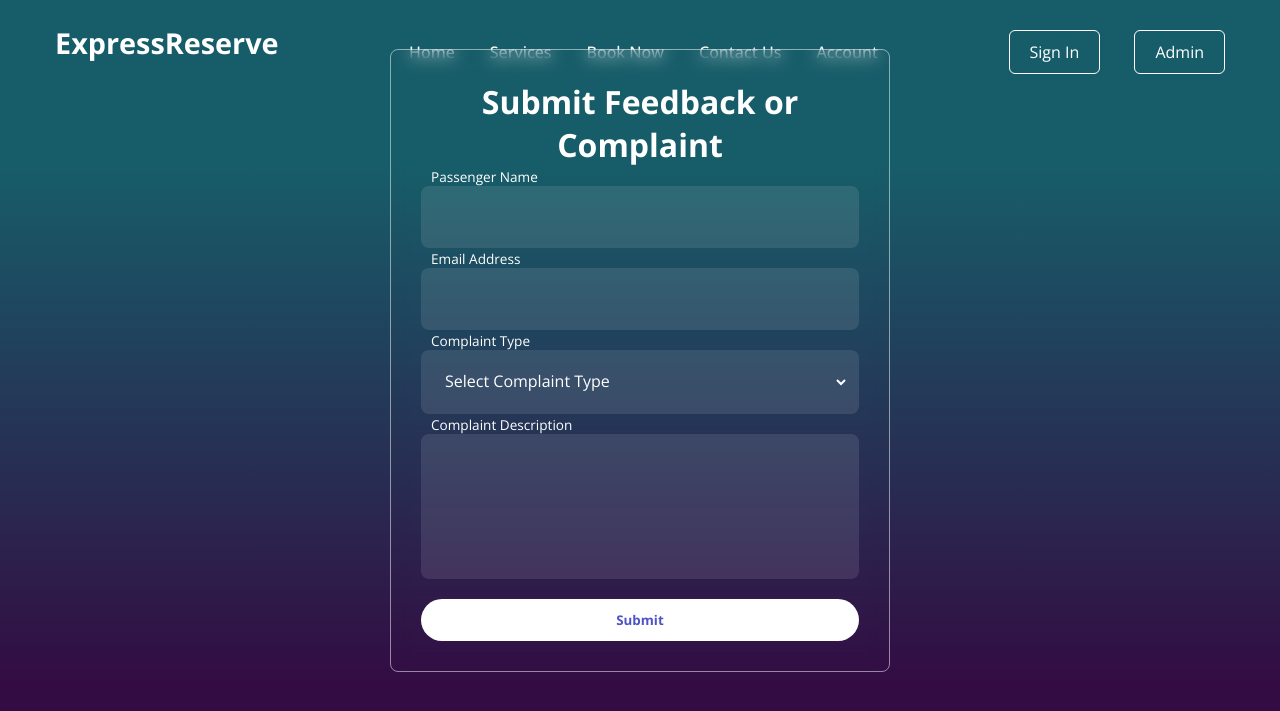
Repository: AmodhyaSharinda/Train-Reservation-system
Page: http://localhost/Train_reserve/ContactUs.jsp
These files come from the project's save history. The page is drawn as it stood at one moment and after the next save; the edit follows.
The browser window is 1280 px wide. The pictures show the whole page.
The page is served by Tomcat 9. Other server files are loaded and not shown.

Above is the page before, as saved 2024-10-08 08:09:48.

### Train reserve/src/main/webapp/ContactUs.jsp
<!DOCTYPE html>
<html lang="en">
<head>
    <meta charset="UTF-8">
    <meta name="viewport" content="width=device-width, initial-scale=1.0">
    <title>Feedback - Online Train Reservation System</title>
    <link rel="stylesheet" href="home.css">
    <style>
        /* Existing styles retained */
        @import url("https://fonts.googleapis.com/css2?family=Open+Sans:wght@300;400;500;600;700&display=swap");

        * {
		  margin: 0;
		  padding: 0;
		  box-sizing: border-box;
		  font-family: "Open Sans", sans-serif;
		}

        body {
            display: flex;
            align-items: center;
            justify-content: center;
            min-height: 100vh;
            width: 100%;
            padding: 0 10px;
  			background: linear-gradient(to bottom, #175d69 23%, #330c43 95%);
            position: relative;
        }

        .wrapper {
            width: 500px;
            border-radius: 8px;
            padding: 30px;
            text-align: center;
            border: 1px solid rgba(255, 255, 255, 0.5);
            backdrop-filter: blur(8px);
            -webkit-backdrop-filter: blur(8px);
        }

        h2 {
            font-size: 2rem;
            margin-bottom: 20px;
            color: #fff;
        }

        /* General styles */
		.input-field {
		    position: relative;
		    margin: 20px 0;
		    padding: 10px;
		    background: rgba(255, 255, 255, 0.1);
		    border-radius: 8px;
		    transition: background 0.3s ease;
		}

		.input-field label {
		    position: absolute;
		    top: 50%;
		    left: 10px;
		    transform: translateY(-50%);
		    color: rgba(255, 255, 255, 0.7);
		    font-size: 16px;
		    pointer-events: none;
		    transition: 0.2s ease;
		}

		/* Style adjustments for the input, textarea, and select */
		.input-field input,
		.input-field textarea,
		.input-field select {
		    width: 100%;
		    background: transparent;
		    border: none;
		    outline: none;
		    font-size: 16px;
		    padding: 10px;
		    color: #fff;
		}

		/* Textarea specific styles */
		.input-field textarea {
		    height: 120px;
		    resize: none;
		}

		/* Focus styles */
		.input-field input:focus,
		.input-field textarea:focus,
		.input-field select:focus {
		    background: rgba(255, 255, 255, 0.3);
		    box-shadow: 0 0 5px rgba(255, 255, 255, 0.5);
		}

		/* Styles to keep label elevated */
		.input-field input:focus ~ label,
		.input-field input:valid ~ label,
		.input-field textarea:focus ~ label,
		.input-field textarea:valid ~ label,
		.input-field select:focus ~ label,
		.input-field select:valid ~ label,
		.input-field input:not(:placeholder-shown) ~ label,
		.input-field textarea:not(:placeholder-shown) ~ label,
		.input-field select:not(:placeholder-shown) ~ label {
		    top: -10px;
		    font-size: 0.85rem;
		    color: #fff;
		}

		/* Button styles */
		button {
		    width: 100%;
		    padding: 12px;
		    background-color: #fff;
		    color: #4e54c8;
		    font-weight: bold;
		    border: none;
		    border-radius: 30px;
		    cursor: pointer;
		    transition: background 0.3s ease;
		}

		button:hover {
		    background-color: #8f94fb;
		    color: #fff;
		    box-shadow: 0 4px 20px rgba(143, 148, 251, 0.5);
		}


    </style>
</head>
<body>
    <!-- Header section with navigation -->
    <header class="header">
        <nav class="navbar">
            <h2 class="logo"><a href="#">ExpressReserve</a></h2>
            <input type="checkbox" id="menu-toggle" />
            <label for="menu-toggle" id="hamburger-btn">
                <svg xmlns="http://www.w3.org/2000/svg" height="24" viewBox="0 0 24 24" width="24">
                    <path d="M3 12h18M3 6h18M3 18h18" stroke="currentColor" stroke-width="2" stroke-linecap="round"/>
                </svg>
            </label>
            <ul class="links">
                <li><a href="home.jsp">Home</a></li>
                <li><a href="#">Services</a></li>
                <li><a href="#">Book Now</a></li>
                <li><a href="#">Contact Us</a></li>
          		<li><a href="Account.jsp">Account</a></li>
            </ul>
            <div class="buttons">
	          <a href="login.jsp" class="signup">Sign In</a>
	          <a href="#" class="signup">Admin</a>
            </div>
        </nav>
    </header>

    <!-- Middle section for feedback form -->
    <div class="wrapper">
        <h2>Submit Feedback or Complaint</h2>
        <form action="SubmitFeedback" method="post">
		    <div class="input-field">
		        <input type="text" name="PassengerName" required autocomplete="off">
		        <label>Passenger Name</label>
		    </div>
		    <div class="input-field">
		        <input type="email" name="PassengerEmail" required autocomplete="off">
		        <label>Email Address</label>
		    </div>
		    <div class="input-field">
		        <select id="complaintType" name="complaintType" required>
		            <option value="">Select Complaint Type</option>
		            <option value="Train Services">Train Services</option>
		            <option value="Station Facilities">Station Facilities</option>
		            <option value="Staff Behavior">Staff Behavior</option>
		        </select>
		        <label>Complaint Type</label>
		    </div>
		    <div class="input-field">
		        <textarea id="complaintDescription" name="Feedback" required></textarea>
		        <label>Complaint Description</label>
		    </div>
		    <button type="submit">Submit</button>
		</form>

    </div>

</body>
</html>

### Train reserve/src/main/webapp/home.css
/* Importing Google font - Open Sans */
@import url("https://fonts.googleapis.com/css2?family=Open+Sans:wght@300;400;500;600;700&display=swap");

* {
  margin: 0;
  padding: 0;
  box-sizing: border-box;
  font-family: "Open Sans", sans-serif;
}

body {
  height: 100vh;
  width: 100%;
  background: linear-gradient(to bottom, #175d69 23%, #330c43 95%);
}

.header {
  position: fixed;
  top: 0;
  left: 0;
  width: 100%;
}

.navbar {
  display: flex;
  align-items: center;
  justify-content: space-between;
  max-width: 1200px;
  margin: 0 auto;
  padding: 20px 15px;
}

.navbar .logo a {
  font-size: 1.8rem;
  text-decoration: none;
  color: #fff;
}

.navbar .links {
  display: flex;
  align-items: center;
  list-style: none;
  gap: 35px;
}

.navbar .links a {
  font-weight: 500;
  text-decoration: none;
  color: #fff;
  padding: 10px 0;
  transition: 0.2s ease;
}

.navbar .links a:hover {
  color: #47b2e4;
}

.navbar .buttons a {
  text-decoration: none;
  color: #fff;
  font-size: 1rem;
  padding: 15px 0;
  transition: 0.2s ease;
}

.navbar .buttons a:not(:last-child) {
  margin-right: 30px;
}

.navbar .buttons .signin:hover {
  color: #47b2e4;
}

.navbar .buttons .signup {
  border: 1px solid #fff;
  padding: 10px 20px;
  border-radius: 0.375rem;
  text-align: center;
  transition: 0.2s ease;
}

.navbar .buttons .signup:hover {
  background-color: #47b2e4;
  color: #fff;
}

.hero-section {
  display: flex;
  justify-content: space-evenly;
  align-items: center;
  height: 95vh;
  padding: 0 15px;
  max-width: 1200px;
  margin: 0 auto;
}

.hero-section .hero {
  max-width: 50%;
  color: #fff;
}

.hero h2 {
  font-size: 2.5rem;
  margin-bottom: 20px;
}

.hero p {
  font-size: 1.2rem;
  margin-bottom: 20px;
  color: #c9c7c7;
}

.hero-section .img img {
  width: 517px;
}

.hero-section .buttons {
  margin-top: 40px;
}

.hero-section .buttons a {
  text-decoration: none;
  color: #fff;
  padding: 12px 24px;
  border-radius: 0.375rem;
  font-weight: 600;
  transition: 0.2s ease;
  display: inline-block;
}

.hero-section .buttons a:not(:last-child) {
  margin-right: 15px;
}

.buttons .join {
  background-color: #47b2e4;
}

.hero-section .buttons .learn {
  border: 1px solid #fff;
  border-radius: 0.375rem;
}

.hero-section .buttons a:hover {
  background-color: #47b2e4;
}

/* Hamburger menu styles */
#menu-toggle {
  display: none;
}

#hamburger-btn {
  font-size: 1.8rem;
  color: #fff;
  cursor: pointer;
  display: none;
  order: 1;
}

@media screen and (max-width: 1023px) {
  .navbar .logo a {
    font-size: 1.5rem;
  }

  .links {
    position: fixed;
    left: -100%;
    top: 75px;
    width: 100%;
    height: 100vh;
    padding-top: 50px;
    background: #175d69;
    flex-direction: column;
    transition: 0.3s ease;
  }

  .navbar #menu-toggle:checked ~ .links {
    left: 0;
  }

  .navbar #hamburger-btn {
    display: block;
  }

  .header .buttons {
    display: none;
  }

  .hero-section .hero {
    max-width: 100%;
    text-align: center;
  }

  .hero-section img {
    display: none;
  }


}

After the next save:
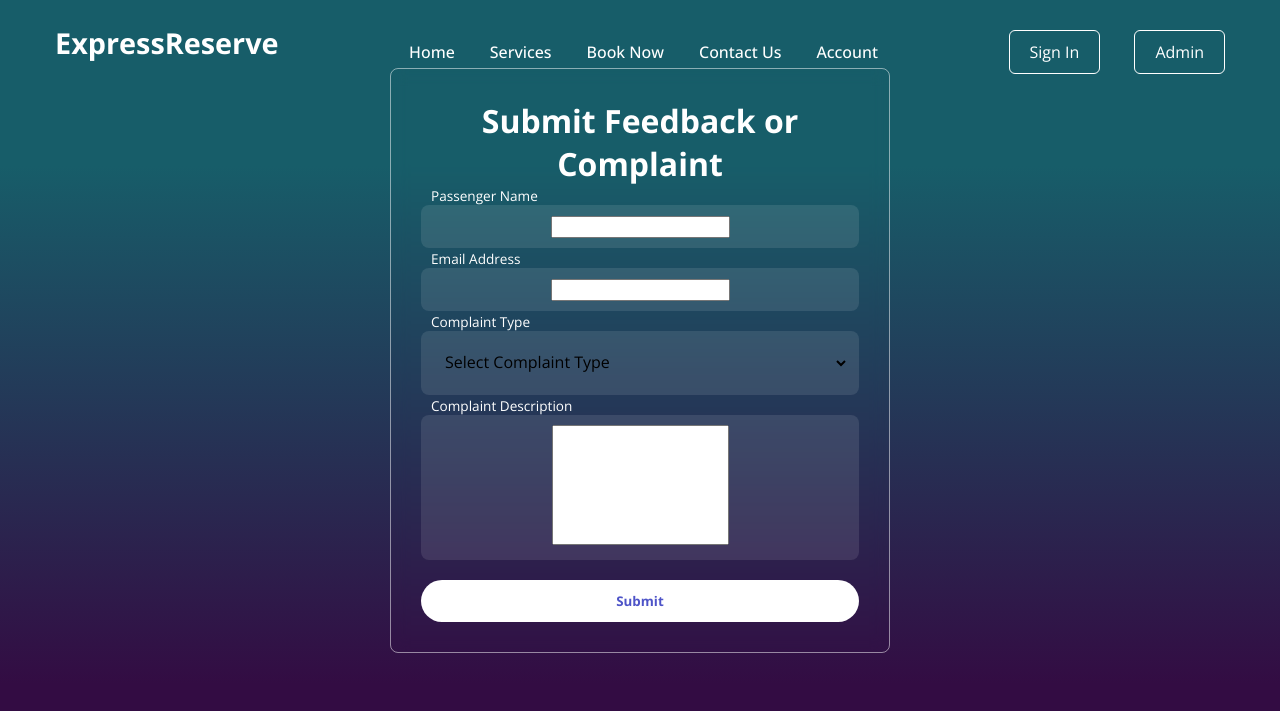
Saved 99 s later.
--- a/Train reserve/src/main/webapp/ContactUs.jsp
+++ b/Train reserve/src/main/webapp/ContactUs.jsp
@@ -67,7 +67,7 @@
 		/* Style adjustments for the input, textarea, and select */
 		.input-field input,
 		.input-field textarea,
-		.input-field select {
+		 {
 		    width: 100%;
 		    background: transparent;
 		    border: none;
@@ -75,6 +75,17 @@
 		    font-size: 16px;
 		    padding: 10px;
 		    color: #fff;
+		}
+
+		.input-field select
+		{
+		    width: 100%;
+		    background: transparent;
+		    border: none;
+		    outline: none;
+		    font-size: 16px;
+		    padding: 10px;
+		    color: black;
 		}
 
 		/* Textarea specific styles */

After the save that followed:
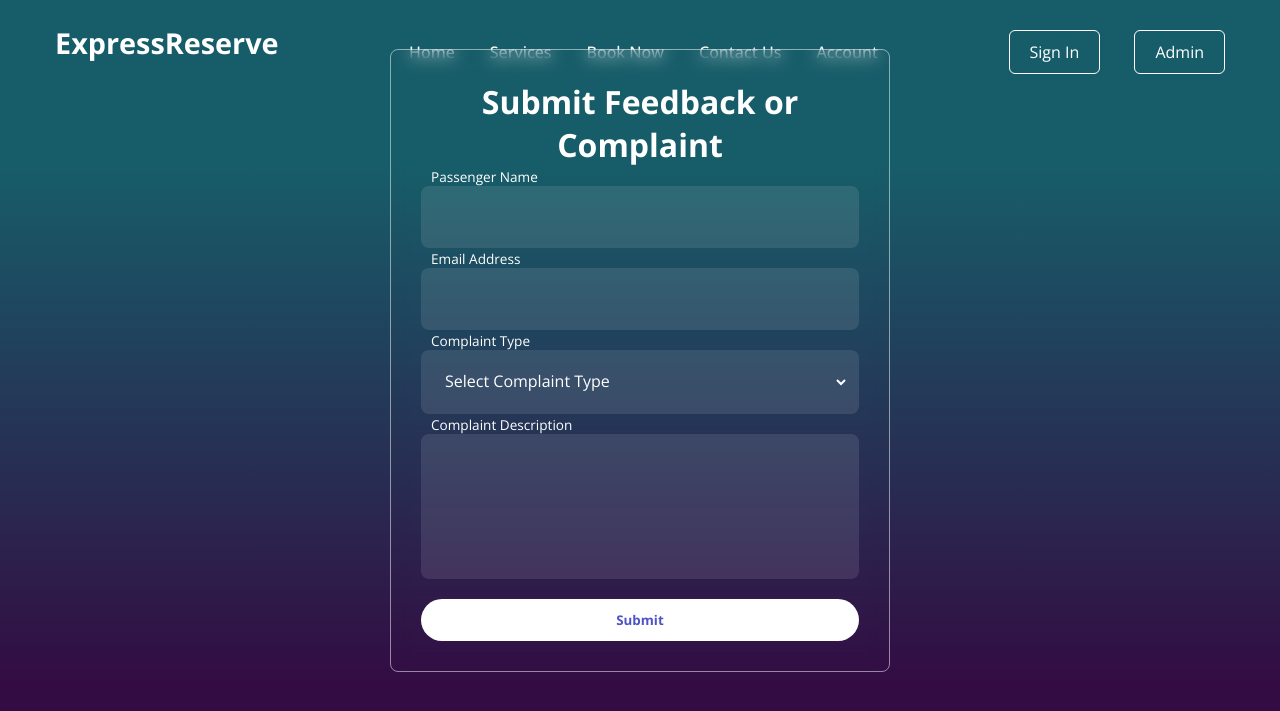
Saved 21 s later.
--- a/Train reserve/src/main/webapp/ContactUs.jsp
+++ b/Train reserve/src/main/webapp/ContactUs.jsp
@@ -67,7 +67,7 @@
 		/* Style adjustments for the input, textarea, and select */
 		.input-field input,
 		.input-field textarea,
-		 {
+		.input-field select {
 		    width: 100%;
 		    background: transparent;
 		    border: none;
@@ -75,17 +75,6 @@
 		    font-size: 16px;
 		    padding: 10px;
 		    color: #fff;
-		}
-
-		.input-field select
-		{
-		    width: 100%;
-		    background: transparent;
-		    border: none;
-		    outline: none;
-		    font-size: 16px;
-		    padding: 10px;
-		    color: black;
 		}
 
 		/* Textarea specific styles */
